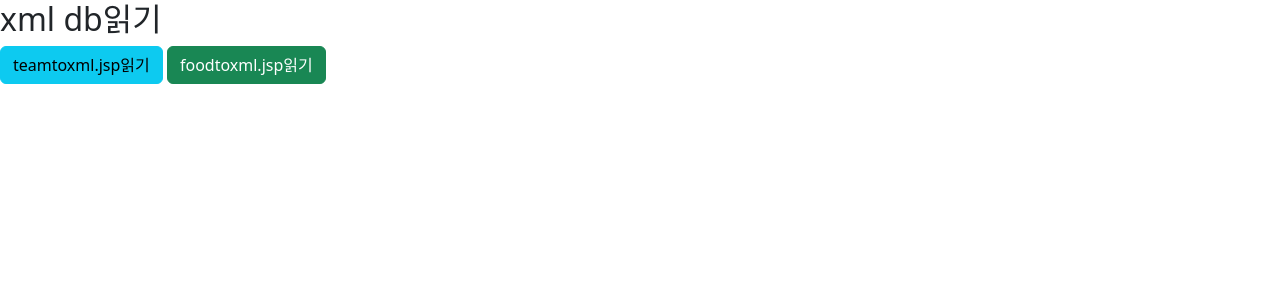
Repository: GANADAG/jspProject
Page: JspProject/src/main/webapp/ajax0304/dbRead.html
The author's editor kept a copy of each file at every save. The page is drawn from the files as they stood at one save, then again after the next save.
The browser window is 1280 px wide. The pictures show the whole page.
Some web fonts or font styles are not loaded; a fallback is used.

Above is the page before, as saved 2024-03-04 12:15:10.

### JspProject/src/main/webapp/ajax0304/dbRead.html
<!DOCTYPE html>
<html>
<head>
<meta charset="UTF-8">
<link href="https://cdn.jsdelivr.net/npm/bootstrap@5.3.2/dist/css/bootstrap.min.css" rel="stylesheet">
<link href="https://fonts.googleapis.com/css2?family=Diphylleia&family=Dongle&family=Noto+Sans+KR:wght@100..900&family=Orbit&family=Stylish&display=swap" rel="stylesheet">
<script src="https://code.jquery.com/jquery-3.7.0.js"></script>
<title>Insert title here</title>
<style type="text/css">
	#show{
		margin-top: 30px;
		font-family:'dongle';
		font-size:1.5em;
	}
</style>

<script type="text/javascript">
	$(function(){
		$("#btnteam").click(function(){
			$.ajax({
				type:"get",
				url:"teamtoxml.jsp",
				dataType:"xml",
				success:function(res){
					var s="";
					$(res).find("team").each(function(i,ele){
						var n=$(ele);
						s+="<div class='alert alert-info' style='width:400px'>";
						s+="No. "+n.attr("num")+"<br>";
						s+="이름: "+n.find("name").text()+"<br>";
						s+="운전면허: "+n.find("driver").text()+"<br>";
						s+="주소: "+n.find("addr").text()+"<br>";
						s+="작성일: "+n.find("writeday").text();
						s+="</div>";

					});

					$("#show").html(s);
				}
			});

			$(function(){
				$("#btnfood").click(function(){
					$.ajax({
						type:"get",
						url:"foodtoxml.jsp",
						dataType:"xml",
						success:function(res){
							var f="";
							$(res).find("food").each(function(i,ele){
								var n=$(ele);
								f+="<div class='alert alert-info' style='width:400px'>";
								f+="No. "+n.attr("num")+"<br>";
								f+="음식이름: "+n.find("foodname").text()+"<br>";
								f+="음식사진: "+n.find("foodphoto").text()+"<br>";
								f+="가격: "+n.attr("price")+"<br>";
								f+="갯수: "+n.attr("cnt");
								f+="</div>";

							});

							$("#show").html(f);
						}
					});

					})
				})
			})
		})

</script>
</head>
<body>

	<h2>xml db읽기</h2>
	<button type="button" class="btn btn-info" id="btnteam">teamtoxml.jsp읽기</button>

	<button type="button" class="btn btn-success" id="btnfood">foodtoxml.jsp읽기</button>
	<div id="show"></div>

</body>
</html>

After the next save:
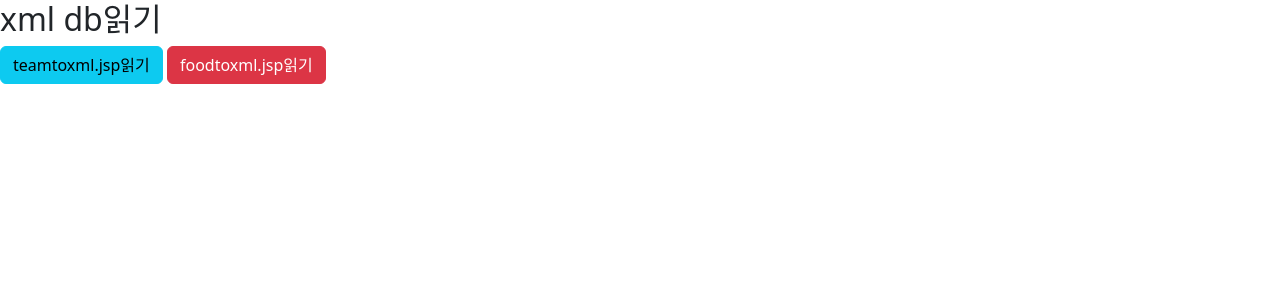
Saved 9 s later.
--- a/JspProject/src/main/webapp/ajax0304/dbRead.html
+++ b/JspProject/src/main/webapp/ajax0304/dbRead.html
@@ -75,7 +75,7 @@
 	<h2>xml db읽기</h2>
 	<button type="button" class="btn btn-info" id="btnteam">teamtoxml.jsp읽기</button>
 
-	<button type="button" class="btn btn-success" id="btnfood">foodtoxml.jsp읽기</button>
+	<button type="button" class="btn btn-danger" id="btnfood">foodtoxml.jsp읽기</button>
 	<div id="show"></div>
 
 </body>
